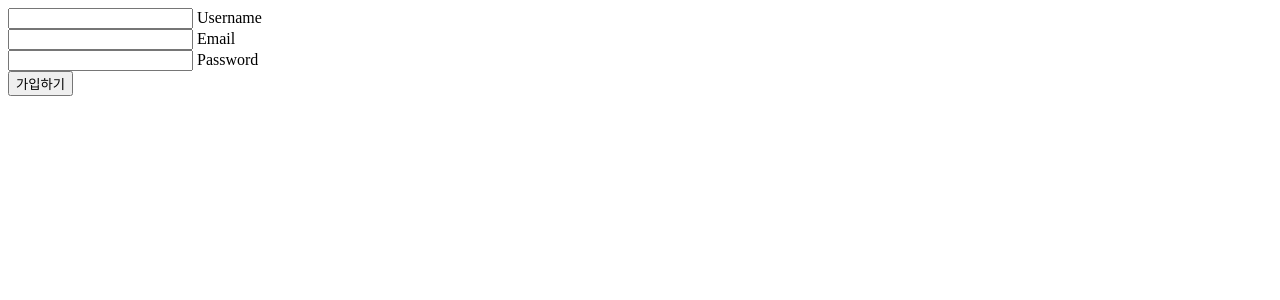
Repository: hisouske/test0325
Page: demo/test0325/src/main/resources/templates/join.html
The author's editor kept a copy of each file at every save. The page is drawn from the files as they stood at one save, then again after the next save.
The browser window is 1280 px wide. The pictures show the whole page.

Above is the page before, as saved 2020-03-25 13:48:51.

After the next save:
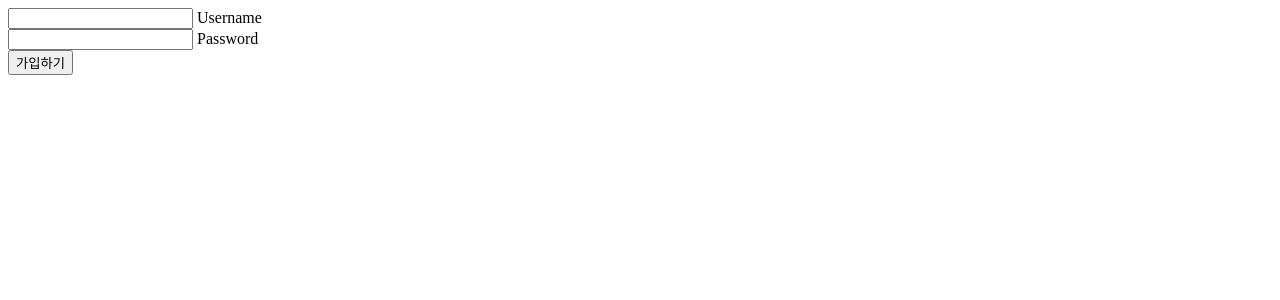
Saved 14 min 33 s later.
--- a/demo/test0325/src/main/resources/templates/join.html
+++ b/demo/test0325/src/main/resources/templates/join.html
@@ -6,12 +6,7 @@
         <label for="user_name">Username</label>
       </div>
     </div>
-    <div class="row">
-      <div class="input-field col s12">
-        <input id="email" name="uemail" type="email" class="validate"/>
-        <label for="email">Email</label>
-      </div>
-    </div>
+
     <div class="row">
       <div class="input-field col s12">
         <input id="password" name="upw" type="password" class="validate"/>
